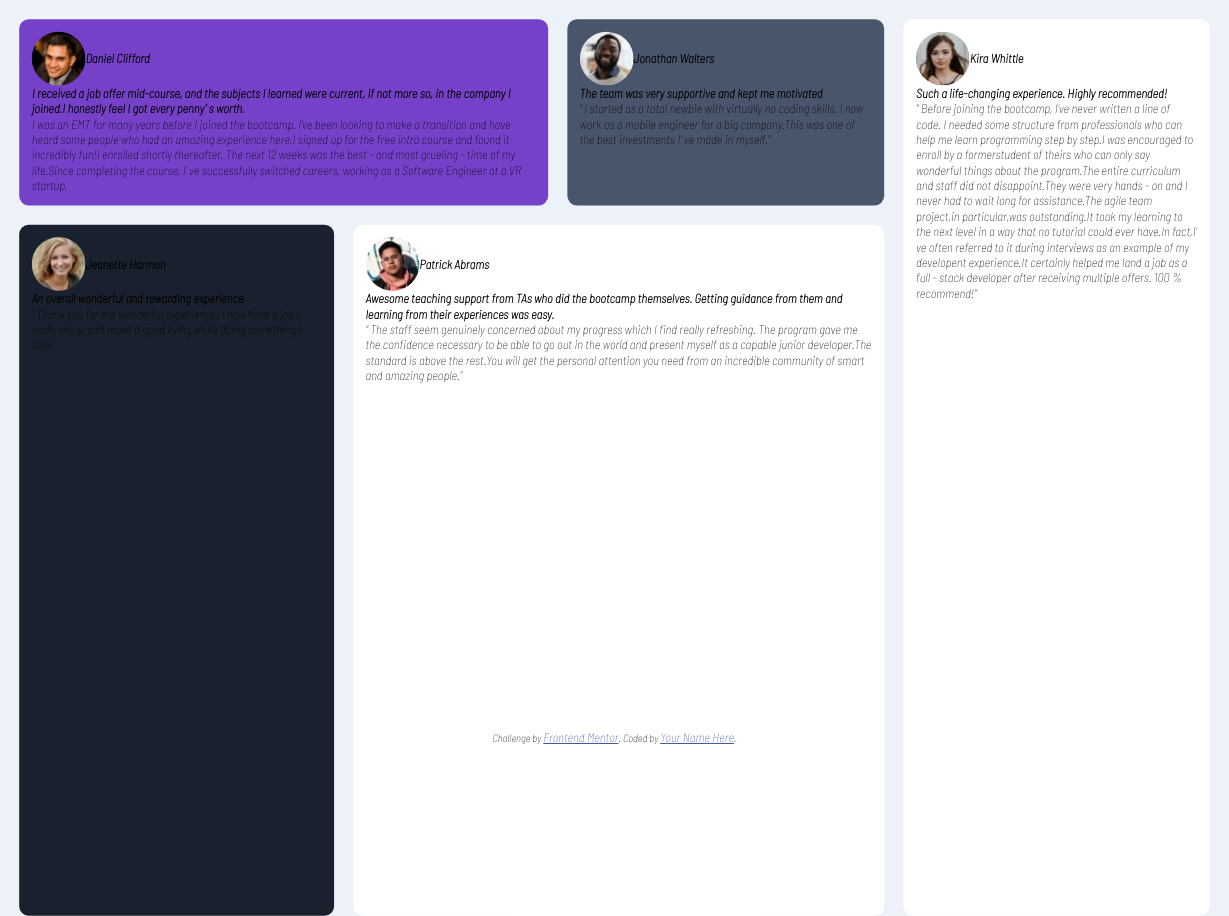
Repository: ibtihelbs/testimonials-grid-section-main
Page: index.html
An editor plug-in stored every save of this project. The page is shown before and after a run of saves, followed by the edit.
The browser window is 1280 px wide. The pictures show the whole page, at 96% of full size.

Above is the page before, as saved 2022-04-13 16:48:57.

After the next 2 saves:
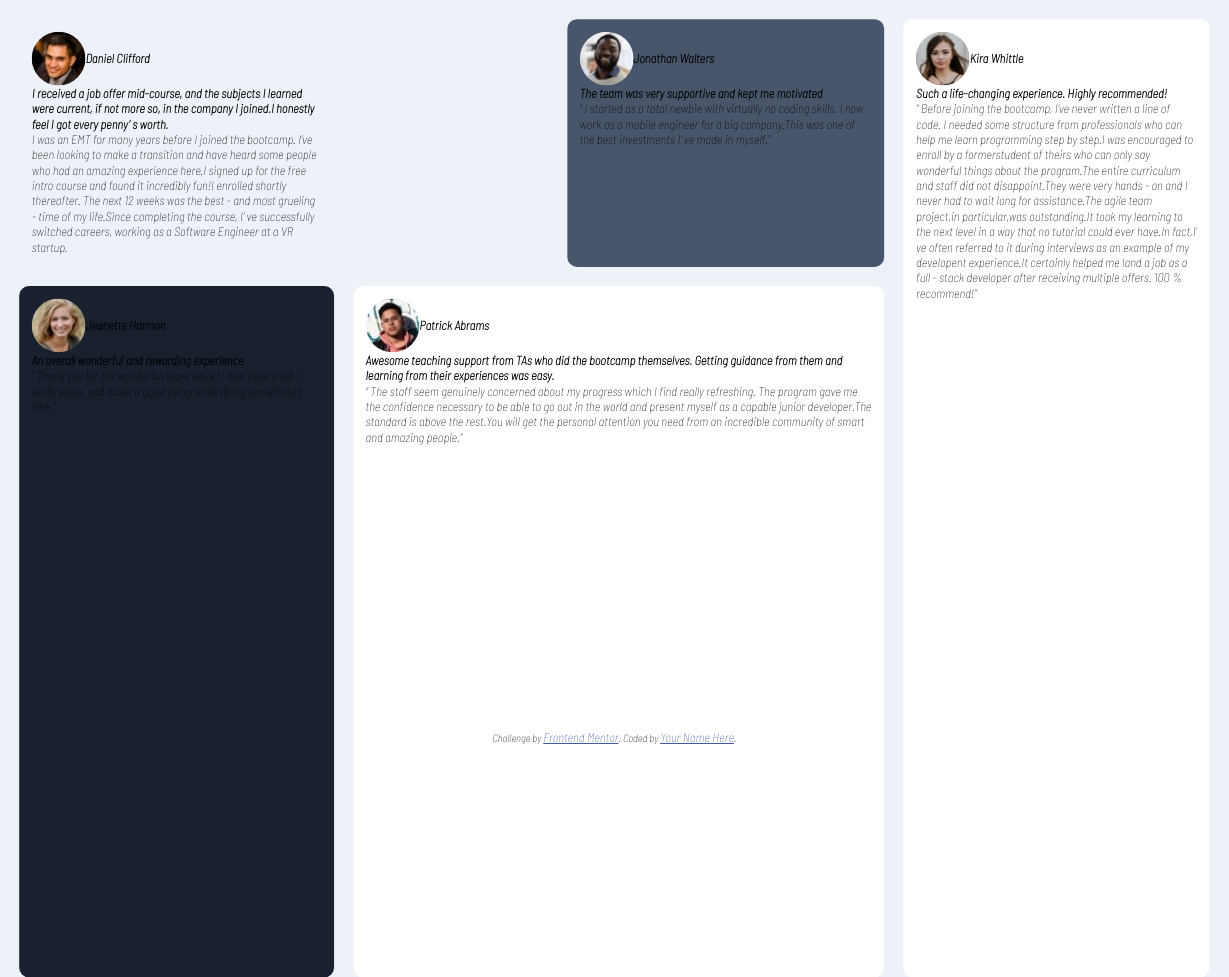
The 2 saves are shown as one change because they came seconds apart.
The last was saved 11 s later.
--- a/style.css
+++ b/style.css
@@ -35,6 +35,7 @@
  padding:1rem;
  border-radius: 10px;
 }
+.testimonial
 section:nth-child(1) {
   grid-area: first;
   background-color: var(--Moderate-violet);

After the 3 saves that followed:
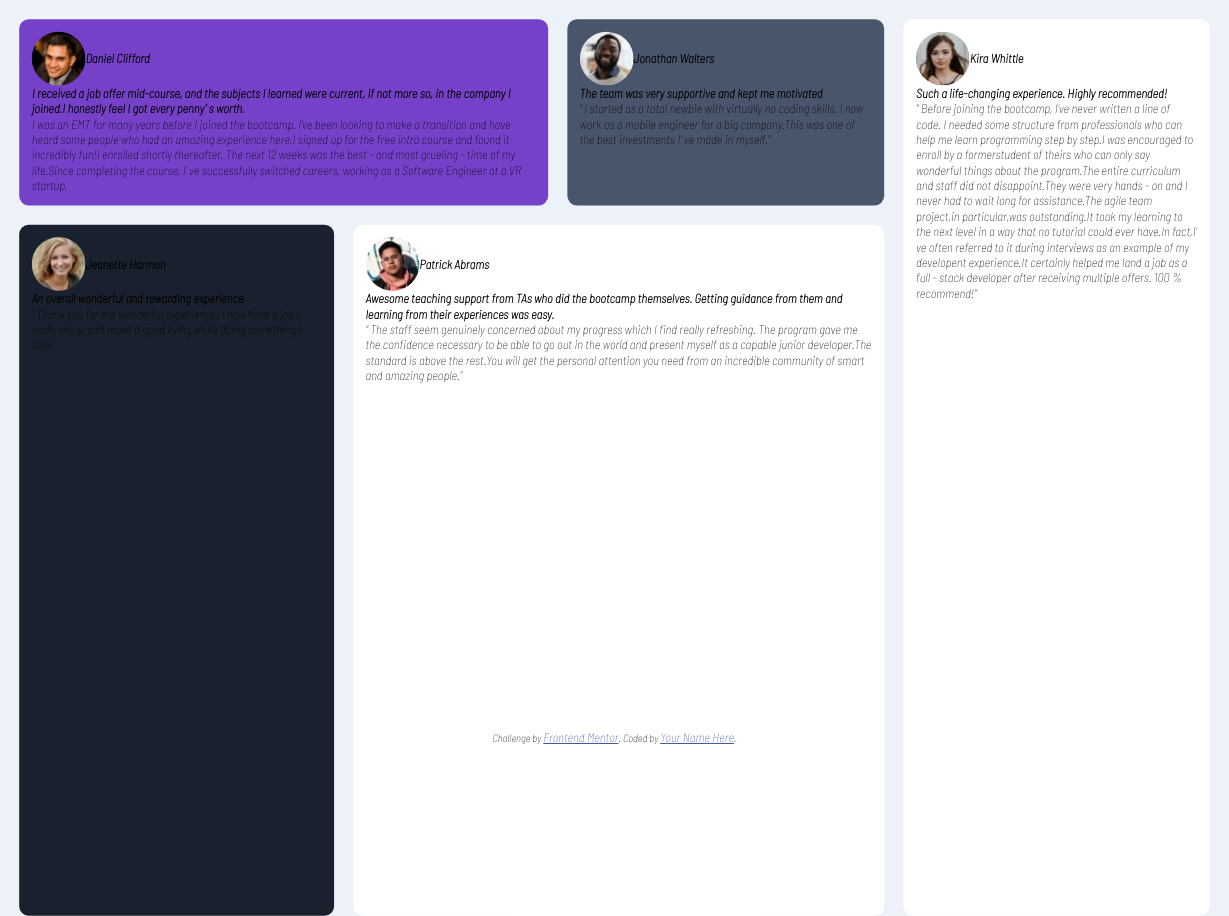
The 3 saves are shown as one change because they came seconds apart.
The last was saved 11 s later.
--- a/style.css
+++ b/style.css
@@ -35,7 +35,9 @@
  padding:1rem;
  border-radius: 10px;
 }
-.testimonial
+.testimonial>*{
+
+}
 section:nth-child(1) {
   grid-area: first;
   background-color: var(--Moderate-violet);
